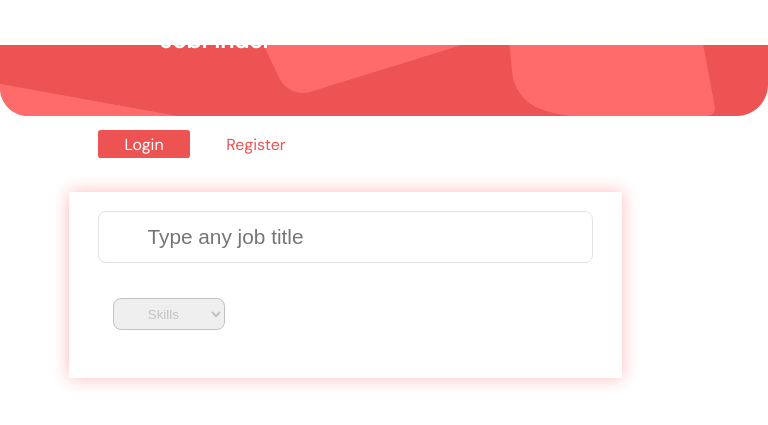
Repository: drumsmanku/node-capstone-project-1
Page: / (app in client/)
The author's editor kept a copy of each file at every save. The page is drawn from the files as they stood at one save, then again after the next save.
The browser window is 768 px wide. The pictures show the whole page.
The page's requests for data from a server got no answer. The project was rebuilt for these pictures with package versions that can differ from the ones it lists, and the page was loaded fresh each time. No one was signed in, and anything a server would have sent is missing. Also part of the build but not shown: client/src/components/Register.js, client/src/components/Login.js, client/src/components/AddJob.js, client/src/components/Success.js, client/src/components/EditJob.js, client/src/components/JobDetails.css, client/src/components/JobDetails.js, client/src/components/FailedLogin.js and 1 more.

Above is the page before, as saved 2023-07-23 18:51:30.

After the next save:
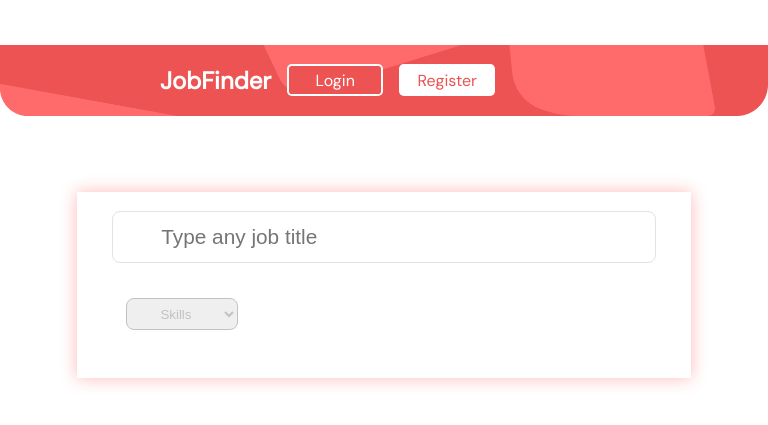
Saved 111 s later.
--- a/client/src/components/JobMainPage.css
+++ b/client/src/components/JobMainPage.css
@@ -66,21 +66,3 @@
   font-family: 'DM Sans';
   cursor: pointer;
 }
-@media (max-width: 768px) {
-  .header {
-    flex-direction: column;
-    align-items: flex-start;
-  }
-
-  .header h3 {
-    margin-bottom: 1rem;
-  }
-
-  .main-lower-container {
-    width: 90%;
-  }
-
-  .search-and-tags {
-    width: 100%;
-  }
-}
